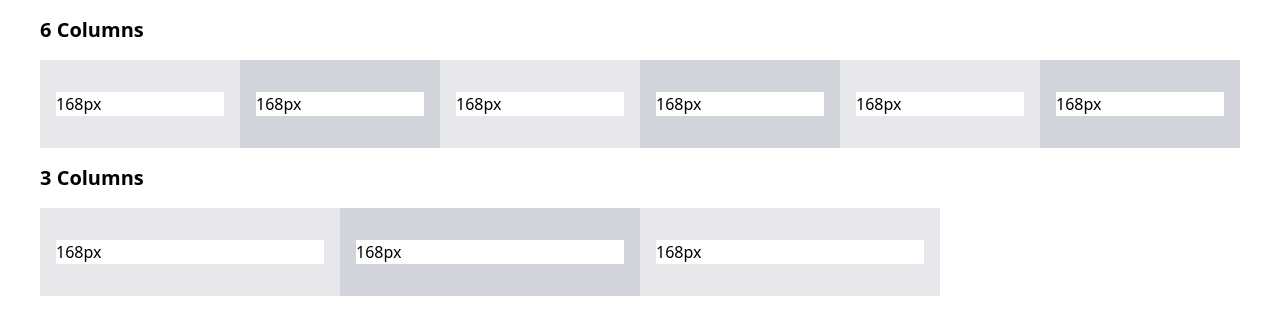
Repository: fabianwurk/vue-tailwind
Page: /
An editor plug-in stored every save of this project. The page is shown before and after the next save, followed by the edit.
The browser window is 1280 px wide. The pictures show the whole page.
The project was rebuilt for these pictures with package versions that can differ from the ones it lists, and the page was loaded fresh each time. Also part of the build but not shown: vite.config.js.

Above is the page before, as saved 2021-03-15 23:10:44.

### src/App.vue
<template>
  <Tail />
  <Wind />
</template>

<script setup>
import Tail from './components/Tail.vue';
// import Wind from './components/Wind.vue';

</script>

### src/components/Tail.vue
<template>
  <div>

  <div class="container mx-auto">
    <h2 class="text-xl font-bold my-4">6 Columns</h2>
    <div class="flex items-center">
      <div class="w-1/6 bg-gray-200 py-8 px-4">
        <span class="bg-white w-full block">168px</span>
      </div>
      <div class="w-1/6 bg-gray-300 py-8 px-4">
        <span class="bg-white w-full block">168px</span>
      </div>
      <div class="w-1/6 bg-gray-200 py-8 px-4">
        <span class="bg-white w-full block">168px</span>
      </div>
      <div class="w-1/6 bg-gray-300 py-8 px-4">
        <span class="bg-white w-full block">168px</span>
      </div>
      <div class="w-1/6 bg-gray-200 py-8 px-4">
        <span class="bg-white w-full block">168px</span>
      </div>
      <div class="w-1/6 bg-gray-300 py-8 px-4">
        <span class="bg-white w-full block">168px</span>
      </div>
    </div>
  </div>

  <div class="container mx-auto">
    <h2 class="text-xl font-bold my-4">3 Columns</h2>
    <div class="flex items-center">
      <div class="w-1/4 bg-gray-200 py-8 px-4">
        <span class="bg-white w-full block">168px</span>
      </div>
      <div class="w-1/4 bg-gray-300 py-8 px-4">
        <span class="bg-white w-full block">168px</span>
      </div>
      <div class="w-1/4 bg-gray-200 py-8 px-4">
        <span class="bg-white w-full block">168px</span>
      </div>
    </div>
  </div>

  </div>
</template>

### tailwind.config.js
module.exports = {
  purge: ['./index.html', './src/**/*.{vue,js,ts,jsx,tsx}'],
  darkMode: false, // or 'media' or 'class'
  theme: {
    extend: {
      screens: {
        'xl': {'min': '1200px', 'max': '1280px'},
        '2xl': {'max': '1280px'},
      },
    },
  },
  variants: {
    extend: {},
  },
  plugins: [],
}

Loaded but not shown: index.html (common file); src/main.js (common file); src/index.css (common file)

After the next save:
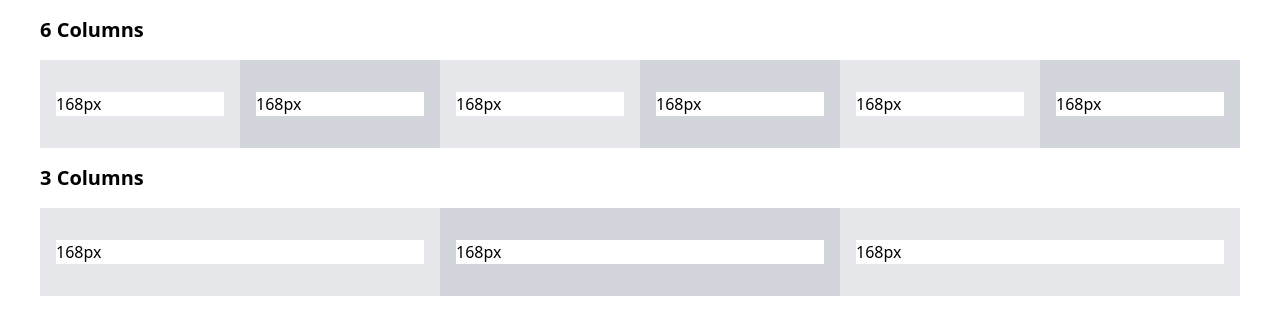
Saved 8 s later.
--- a/src/components/Tail.vue
+++ b/src/components/Tail.vue
@@ -28,13 +28,13 @@
   <div class="container mx-auto">
     <h2 class="text-xl font-bold my-4">3 Columns</h2>
     <div class="flex items-center">
-      <div class="w-1/4 bg-gray-200 py-8 px-4">
+      <div class="w-1/3 bg-gray-200 py-8 px-4">
         <span class="bg-white w-full block">168px</span>
       </div>
-      <div class="w-1/4 bg-gray-300 py-8 px-4">
+      <div class="w-1/3 bg-gray-300 py-8 px-4">
         <span class="bg-white w-full block">168px</span>
       </div>
-      <div class="w-1/4 bg-gray-200 py-8 px-4">
+      <div class="w-1/3 bg-gray-200 py-8 px-4">
         <span class="bg-white w-full block">168px</span>
       </div>
     </div>
